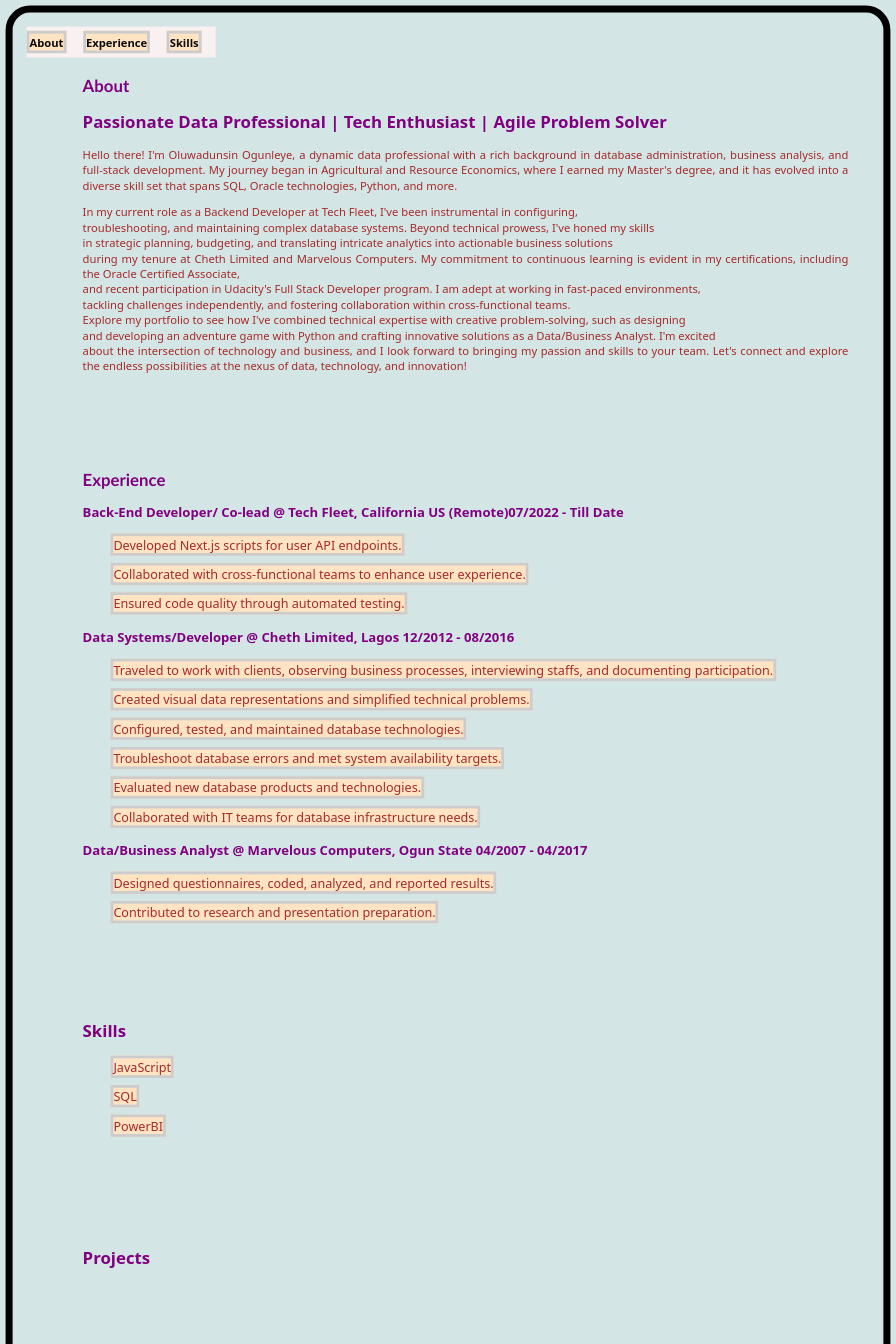
Repository: aloroduns/intro-to-programming-2023
Page: index.html
The author's editor kept a copy of each file at every save. The page is drawn from the files as they stood at one save, then again after a run of saves.
The browser window is 1280 px wide. The pictures show the part of the page from y = 0 to 1920 px (the page is 2733 px tall before and 2711 px after), at 70% of full size.
The page's requests for data from a server got no answer.

Above is the page before, as saved 2024-01-23 12:13:38.

After the next 6 saves:
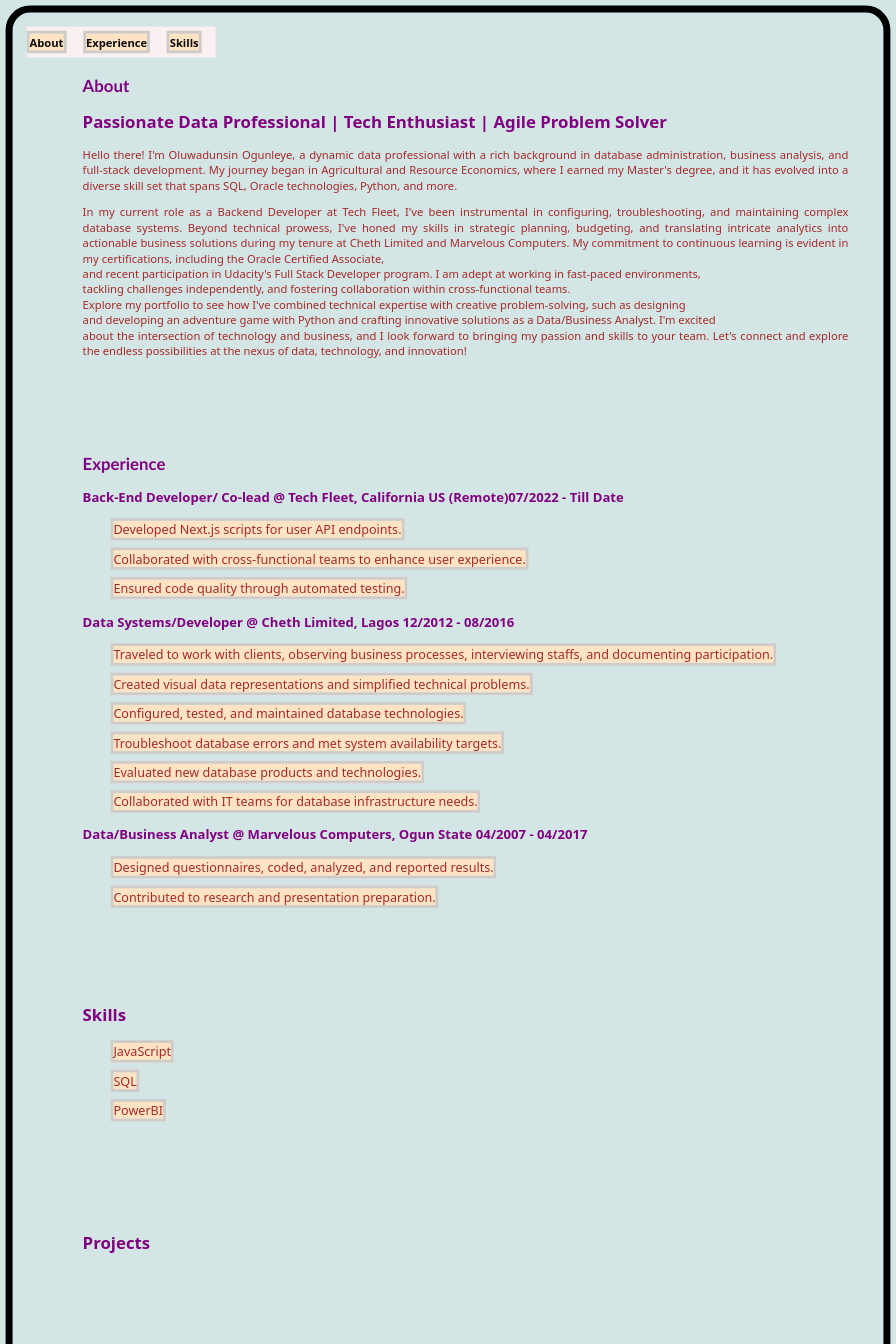
The 6 saves are shown as one change because they came seconds apart.
The last was saved 68 s later.
--- a/index.html
+++ b/index.html
@@ -29,9 +29,9 @@
             in Agricultural and Resource Economics, where I earned my Master's degree, and it has evolved
             into a diverse skill set that spans SQL, Oracle technologies, Python, and more.
             </p>
-            In my current role as a Backend Developer at Tech Fleet, I've been instrumental in configuring,<br>
-            troubleshooting, and maintaining complex database systems. Beyond technical prowess, I've honed my skills<br>
-            in strategic planning, budgeting, and translating intricate analytics into actionable business solutions <br>
+            In my current role as a Backend Developer at Tech Fleet, I've been instrumental in configuring,
+            troubleshooting, and maintaining complex database systems. Beyond technical prowess, I've honed my skills
+            in strategic planning, budgeting, and translating intricate analytics into actionable business solutions
             during my tenure at Cheth Limited and Marvelous Computers.
 
             My commitment to continuous learning is evident in my certifications, including the Oracle Certified Associate,<br>
